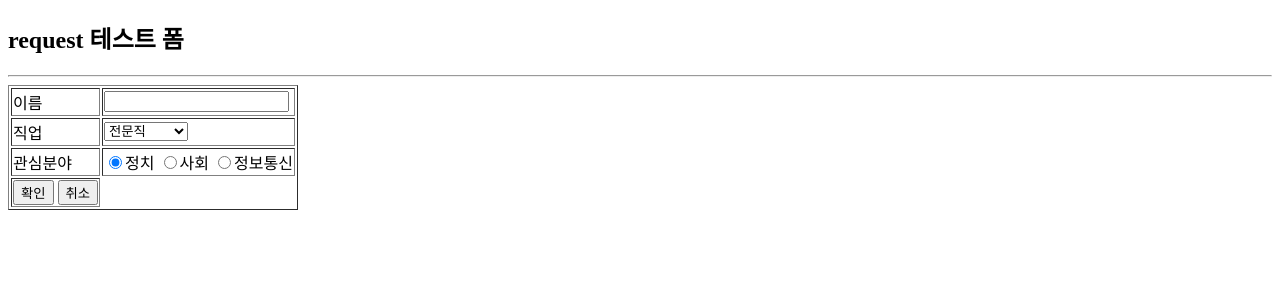
Repository: jemin7709/InternetProgramming2
Page: Pj/WebContent/request_test.html
An editor plug-in stored every save of this project. The page is shown before and after the next save, followed by the edit.
The browser window is 1280 px wide. The pictures show the whole page.

Above is the page before, as saved 2021-05-13 13:44:54.

### Pj/WebContent/request_test.html
<!DOCTYPE html>
<html>
<head>
<meta charset="UTF-8">
<title>Insert title here</title>
</head>
<body>
<h2>request 테스트 폼</h2>
<hr>
<form method="post" action="request_test.jsp">
<table border="1">
	<tbody>
		<tr>
			<td>이름</td>
			<td><input type="text" name="name"></td>
		</tr>
		<tr>
			<td>직업</td>
			<td><select name="job">
				<option value="전문직" selected="selected">전문직</option>
				<option value="계약직">계약직</option>
				<option value="아르바이트">아르바이트</option>
			</select></td>
		</tr>
		<tr>
			<td>관심분야</td>
			<td>
				<input type="radio" name="category" value="정치" checked="checked">정치
				<input type="radio" name="category" value="사회">사회
				<input type="radio" name="category" value="정보통신">정보통신
			</td>
		</tr>
		<tr>
			<td>
				<input type="submit" value="확인">
				<input type="reset" value="취소">
			</td>
		</tr>
	</tbody>
</table>
</form>
</body>
</html>

After the next save:
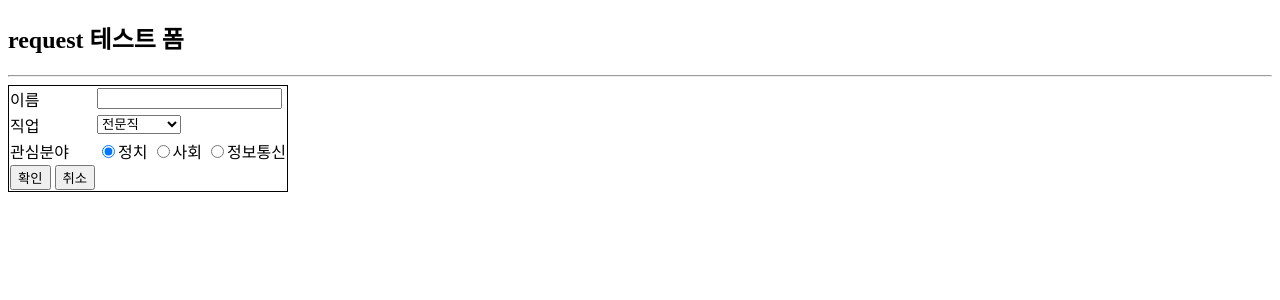
Saved 106 s later.
--- a/Pj/WebContent/request_test.html
+++ b/Pj/WebContent/request_test.html
@@ -8,7 +8,7 @@
 <h2>request 테스트 폼</h2>
 <hr>
 <form method="post" action="request_test.jsp">
-<table border="1">
+<table style="border: 1px solid black; border-collapse: collapse;">
 	<tbody>
 		<tr>
 			<td>이름</td>
